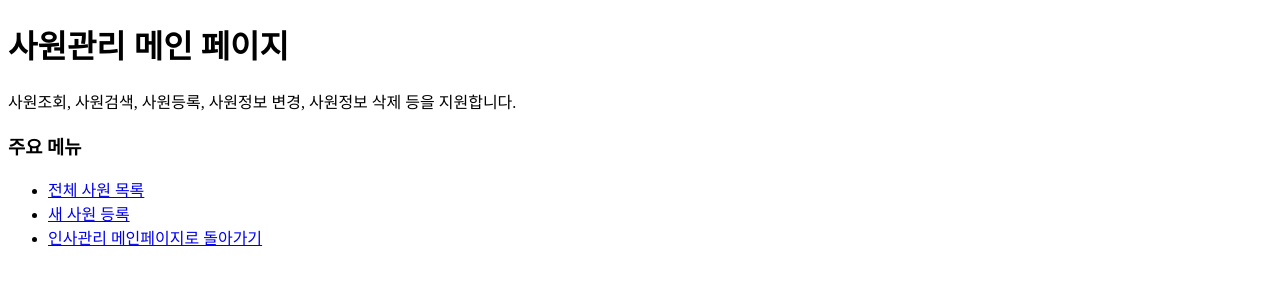
Repository: onuo77/ja_HTA
Page: http://localhost/sample/hr/emp/main.jsp
These files come from the project's save history. The page is drawn as it stood at one moment and after the next save; the edit follows.
The browser window is 1280 px wide. The pictures show the whole page.
The page is served by Tomcat 9. Other server files are loaded and not shown.

Above is the page before, as saved 2021-05-24 03:54:47.

### java-web/sample/src/main/webapp/hr/emp/main.jsp
<%@ page language="java" contentType="text/html; charset=UTF-8"
    pageEncoding="UTF-8"%>
<!DOCTYPE html>
<html>
<head>
<meta charset="UTF-8">
<title>인사관리 :: 사원관리</title>
</head>
<body>
	<h1>사원관리 메인 페이지</h1>
	<p>사원조회, 사원검색, 사원등록, 사원정보 변경, 사원정보 삭제 등을 지원합니다.</p>

	<h3>주요 메뉴</h3>
	<ul>
		<li><a href="list.jsp">전체 사원 목록</a></li>
		<li><a href="form.jsp">새 사원 등록</a></li>
		<li><a href="../main.jsp">인사관리 메인페이지로 돌아가기</a></li>
	</ul>
</body>
</html>

After the next save:
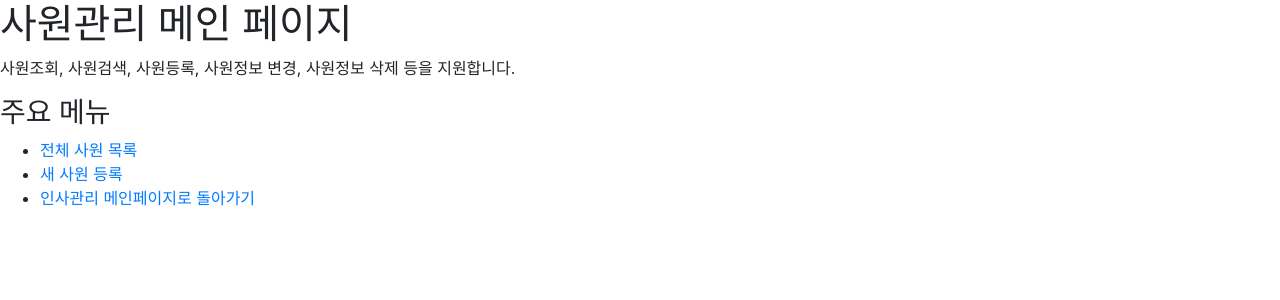
Saved 2 h 12 min later.
--- a/java-web/sample/src/main/webapp/hr/emp/main.jsp
+++ b/java-web/sample/src/main/webapp/hr/emp/main.jsp
@@ -4,6 +4,8 @@
 <html>
 <head>
 <meta charset="UTF-8">
+<meta name="viewport" content="width=device-width, initial-scale=1">
+<link rel="stylesheet" href="https://maxcdn.bootstrapcdn.com/bootstrap/4.5.2/css/bootstrap.min.css">
 <title>인사관리 :: 사원관리</title>
 </head>
 <body>
